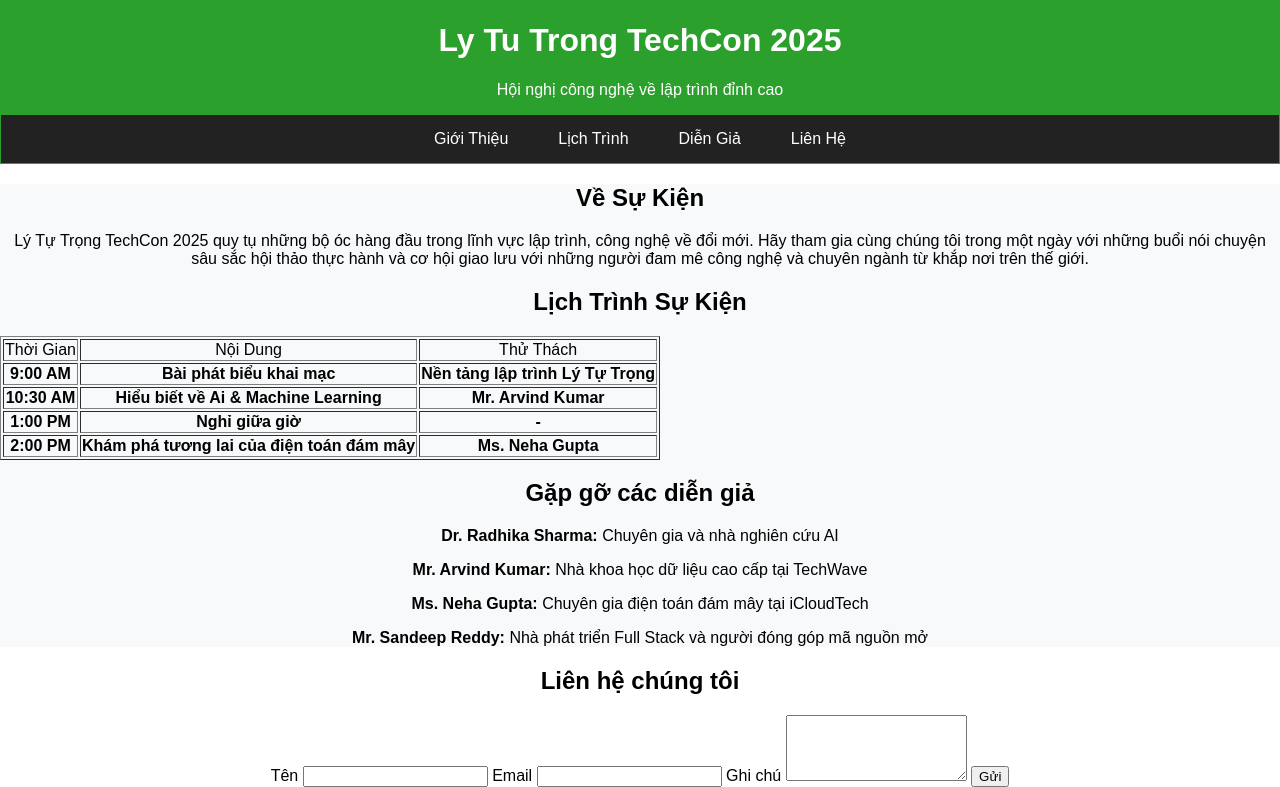
Repository: NhatMinh121/BaiTapVeNha1
Page: index.html
These files come from the project's save history. The page is drawn as it stood at one moment and after the next save; the edit follows.
The browser window is 1280 px wide. The pictures show the whole page.

Above is the page before, as saved 2025-03-28 22:59:42.

After the next save:
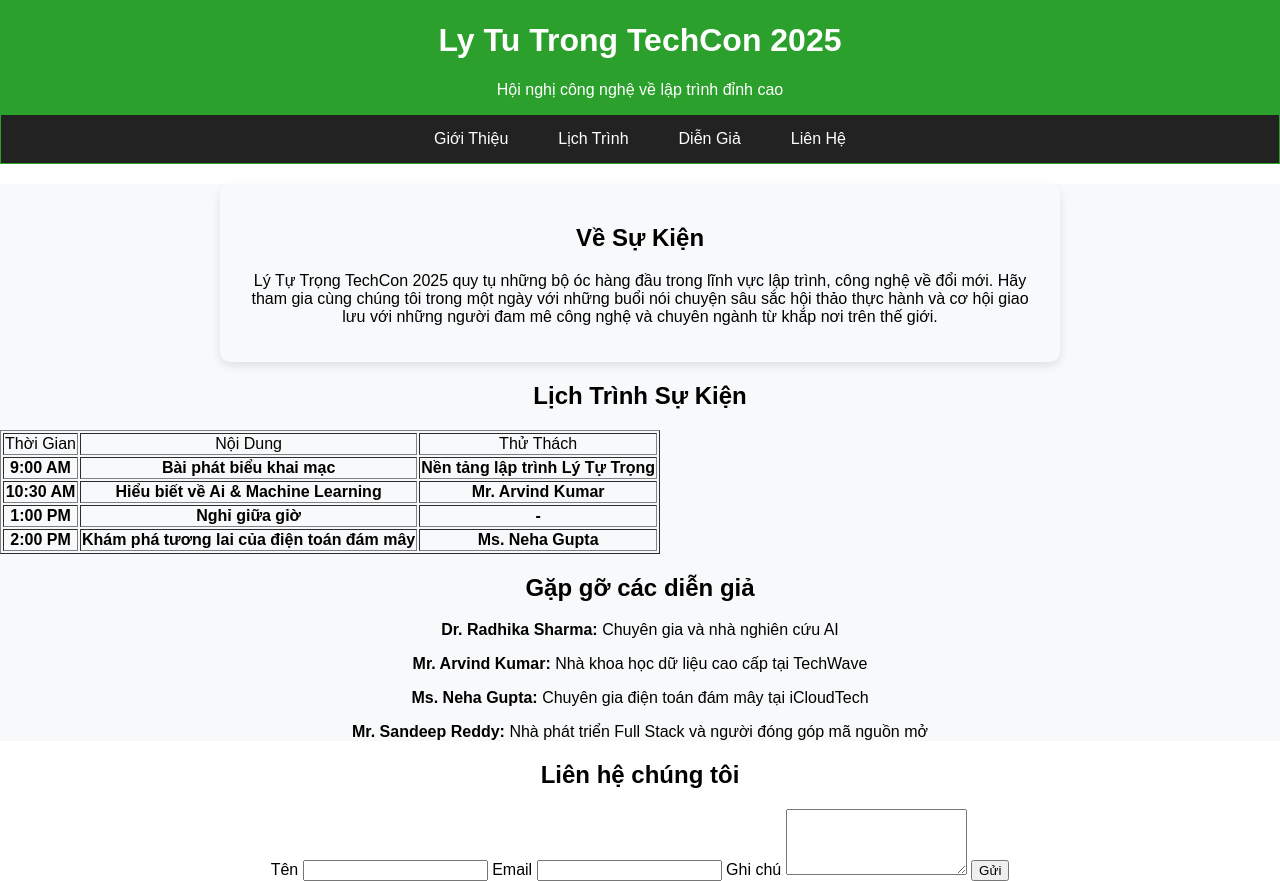
Saved 16 s later.
--- a/style.css
+++ b/style.css
@@ -45,7 +45,7 @@
     background-color: #f8f9fa;
 }
 
-.event {
+.main-event {
     padding: 20px;
     border-radius: 10px;
     box-shadow: 0px 4px 10px rgba(0, 0, 0, 0.1);
